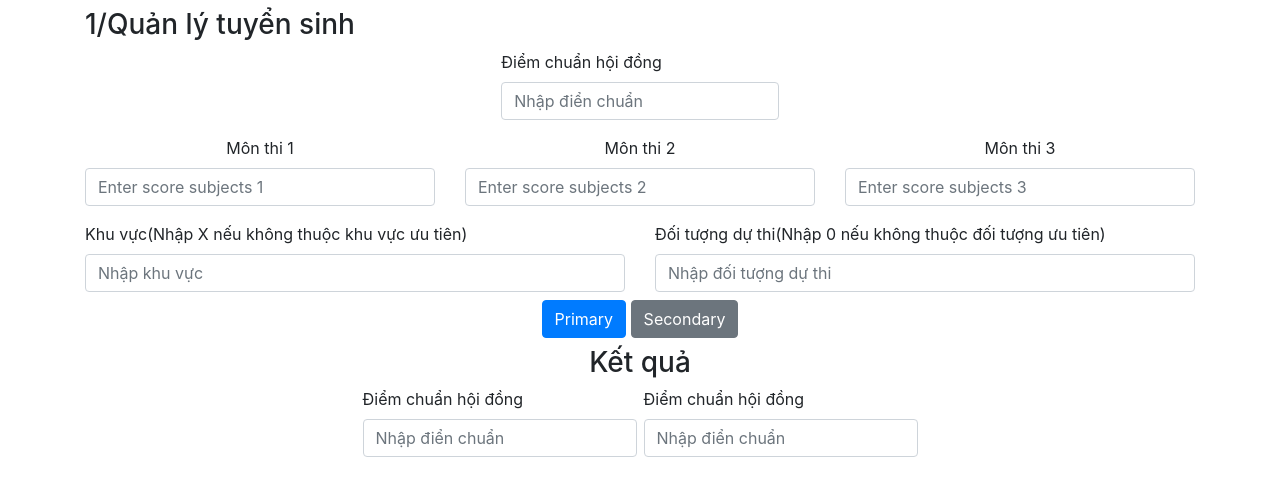
Repository: baobaodeveloper/bootcamp21__jsbasic4_HuynhAnhBao
Page: index.html
The author's editor kept a copy of each file at every save. The page is drawn from the files as they stood at one save, then again after the next save.
The browser window is 1280 px wide. The pictures show the whole page.

Above is the page before, as saved 2022-03-13 17:51:12.

### index.html
<!DOCTYPE html>
<html lang="en">
  <head>
    <title>Exercise3</title>
    <!-- Required meta tags -->
    <meta charset="utf-8" />
    <meta
      name="viewport"
      content="width=device-width, initial-scale=1, shrink-to-fit=no"
    />

    <!-- Bootstrap CSS -->
    <link
      rel="stylesheet"
      href="https://stackpath.bootstrapcdn.com/bootstrap/4.3.1/css/bootstrap.min.css"
      integrity="sha384-ggOyR0iXCbMQv3Xipma34MD+dH/1fQ784/j6cY/iJTQUOhcWr7x9JvoRxT2MZw1T"
      crossorigin="anonymous"
    />
  </head>
  <body>
    <!-- 1/Quản lý tuyển sinh -->
    <div class="container mt-2">
      <h3>1/Quản lý tuyển sinh</h3>

      <div class="mb-3 w-25 m-auto">
        <label for="exampleFormControlInput1" class="score"
          >Điểm chuẩn hội đồng</label
        >
        <input
          type="email"
          class="form-control"
          id="exampleFormControlInput1"
          placeholder="Nhập điển chuẩn"
        />
      </div>

      <div class="row mt-3 text-center">
        <div class="col">
          <label class="score">Môn thi 1</label>
          <input
            type="text"
            class="form-control"
            placeholder="Enter score subjects 1"
          />
        </div>
        <div class="col">
          <label class="score">Môn thi 2</label>
          <input
            type="text"
            class="form-control"
            placeholder="Enter score subjects 2"
          />
        </div>
        <div class="col">
          <label class="score">Môn thi 3</label>
          <input
            type="text"
            class="form-control"
            placeholder="Enter score subjects 3"
          />
        </div>
      </div>

      <div class="row mt-3">
        <div class="col">
          <label class="score"
            >Khu vực(Nhập X nếu không thuộc khu vực ưu tiên)</label
          >
          <input type="text" class="form-control" placeholder="Nhập khu vực" />
        </div>
        <div class="col">
          <label class="score"
            >Đối tượng dự thi(Nhập 0 nếu không thuộc đối tượng ưu tiên)</label
          >
          <input
            type="text"
            class="form-control"
            placeholder="Nhập đối tượng dự thi"
          />
        </div>
      </div>

      <div class="text-center mt-2">
        <button type="button" class="btn btn-primary">Primary</button>
        <button type="button" class="btn btn-secondary">Secondary</button>
      </div>

      <h3 class="text-center mt-2">Kết quả</h3>

      <div class="mb-3 w-50 d-flex m-auto justify-content-between">
        <div>
          <label for="exampleFormControlInput1" class="score"
            >Điểm chuẩn hội đồng</label
          >
          <input
            type="email"
            class="form-control"
            id="exampleFormControlInput1"
            placeholder="Nhập điển chuẩn"
          />
        </div>

        <div>
          <label for="exampleFormControlInput1" class="score"
            >Điểm chuẩn hội đồng</label
          >
          <input
            type="email"
            class="form-control"
            id="exampleFormControlInput1"
            placeholder="Nhập điển chuẩn"
          />
        </div>
      </div>
    </div>
    <!-- Optional JavaScript -->
    <!-- jQuery first, then Popper.js, then Bootstrap JS -->
    <script
      src="https://code.jquery.com/jquery-3.3.1.slim.min.js"
      integrity="sha384-q8i/X+965DzO0rT7abK41JStQIAqVgRVzpbzo5smXKp4YfRvH+8abtTE1Pi6jizo"
      crossorigin="anonymous"
    ></script>
    <script
      src="https://cdnjs.cloudflare.com/ajax/libs/popper.js/1.14.7/umd/popper.min.js"
      integrity="sha384-UO2eT0CpHqdSJQ6hJty5KVphtPhzWj9WO1clHTMGa3JDZwrnQq4sF86dIHNDz0W1"
      crossorigin="anonymous"
    ></script>
    <script
      src="https://stackpath.bootstrapcdn.com/bootstrap/4.3.1/js/bootstrap.min.js"
      integrity="sha384-JjSmVgyd0p3pXB1rRibZUAYoIIy6OrQ6VrjIEaFf/nJGzIxFDsf4x0xIM+B07jRM"
      crossorigin="anonymous"
    ></script>

    <script src="exercise1.js"></script>
  </body>
</html>

Loaded but not shown: exercise1.js (no stored copy; drawn as an empty file)

After the next save:
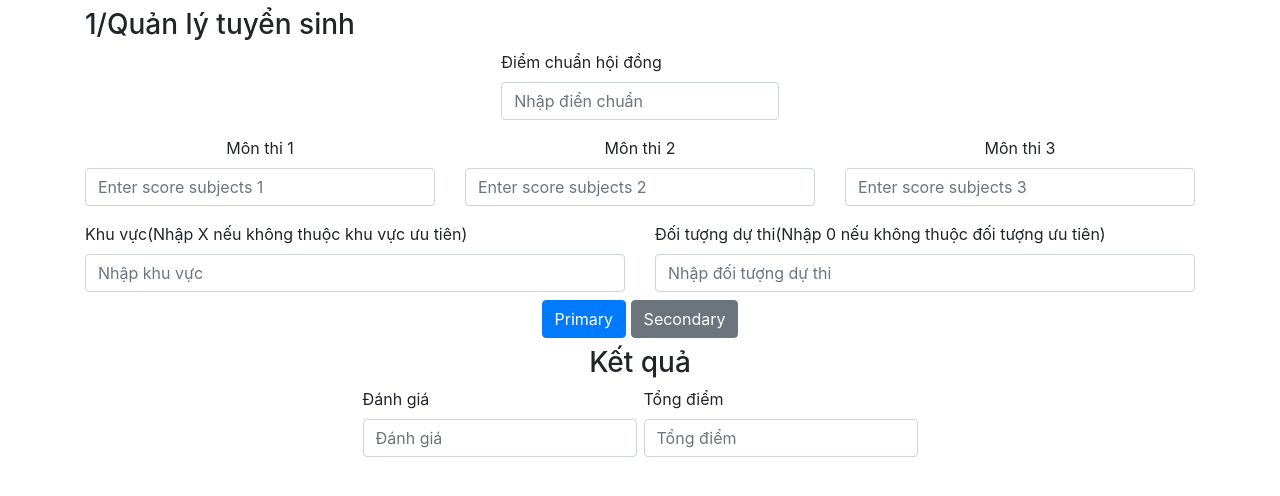
Saved 108 s later.
--- a/index.html
+++ b/index.html
@@ -89,27 +89,13 @@
 
       <div class="mb-3 w-50 d-flex m-auto justify-content-between">
         <div>
-          <label for="exampleFormControlInput1" class="score"
-            >Điểm chuẩn hội đồng</label
-          >
-          <input
-            type="email"
-            class="form-control"
-            id="exampleFormControlInput1"
-            placeholder="Nhập điển chuẩn"
-          />
+          <label class="score">Đánh giá</label>
+          <input type="email" class="form-control" placeholder="Đánh giá" />
         </div>
 
         <div>
-          <label for="exampleFormControlInput1" class="score"
-            >Điểm chuẩn hội đồng</label
-          >
-          <input
-            type="email"
-            class="form-control"
-            id="exampleFormControlInput1"
-            placeholder="Nhập điển chuẩn"
-          />
+          <label class="score">Tổng điểm</label>
+          <input type="email" class="form-control" placeholder="Tổng điểm" />
         </div>
       </div>
     </div>
